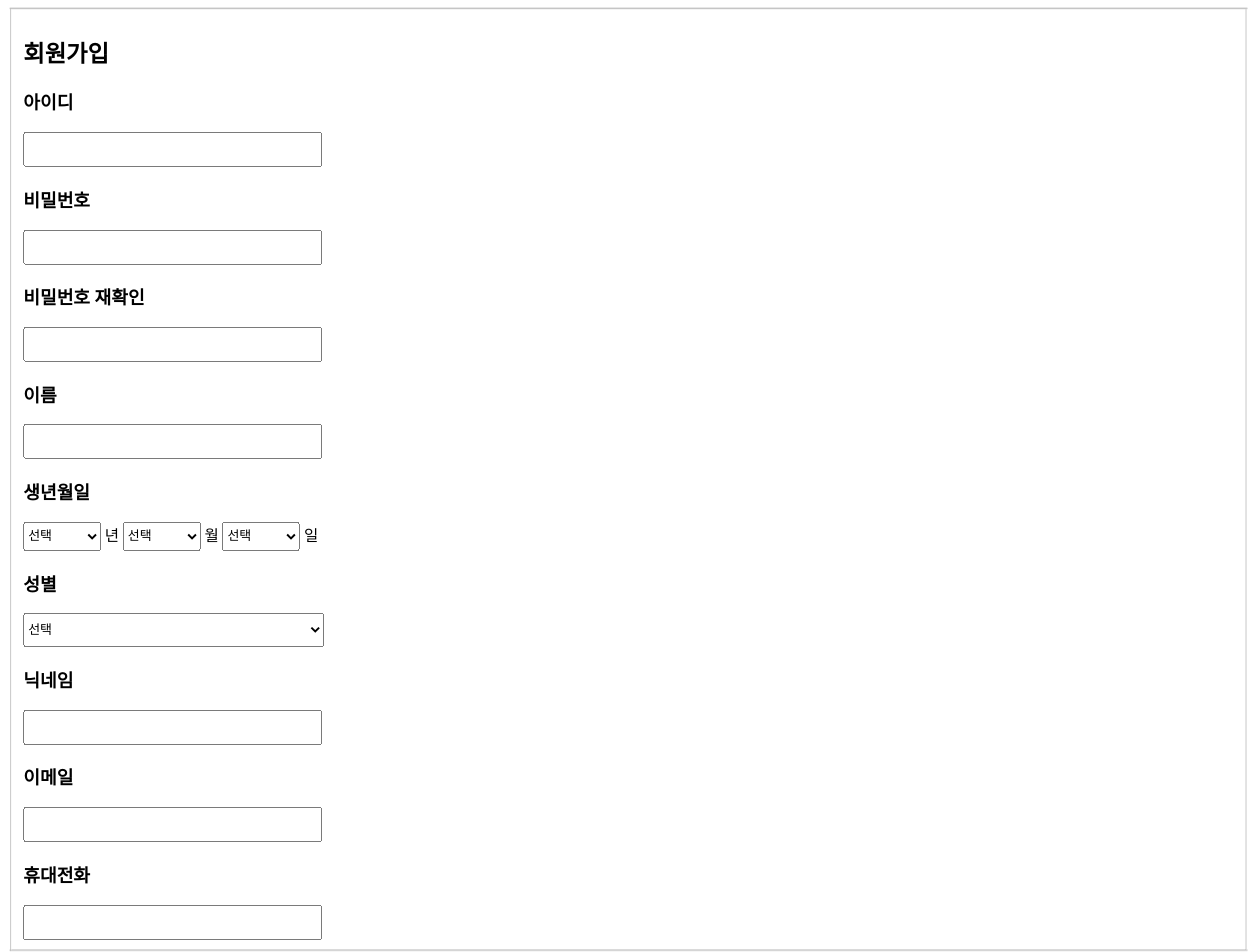
Repository: agheha/trillion
Page: YH/login/login.html
These files come from the project's save history. The page is drawn as it stood at one moment and after a run of saves; the edit follows.
The browser window is 1280 px wide. The page is 1288 px wide, so the pictures cover 1288 px, including what lies to the right of the window. The pictures show the whole page, at 97% of full size.

Above is the page before, as saved 2019-09-03 18:11:30.

After the next 2 saves:
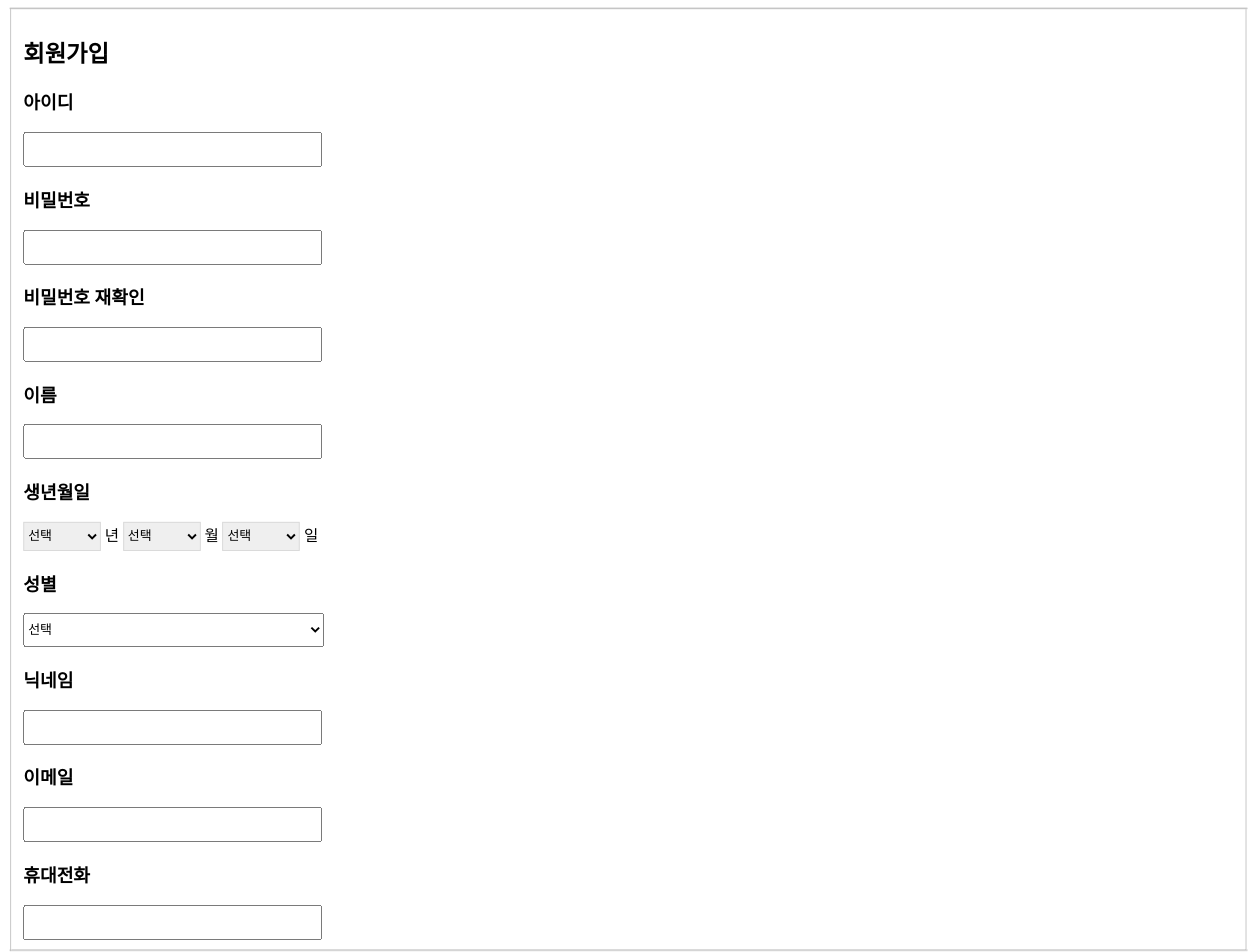
The 2 saves are shown as one change because they came seconds apart.
The last was saved 9 s later.
--- a/YH/login/login.css
+++ b/YH/login/login.css
@@ -15,5 +15,5 @@ input{
 #birth_year,#birth_month,#birth_date {
     width: 80px;
     height: 30px;
-    border:
+    border: 1px solid #dadada;
 }
